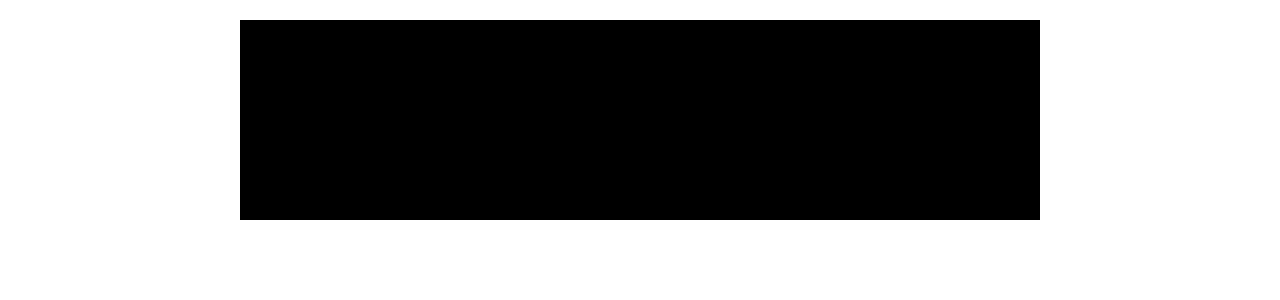
Repository: MiroslavWise/test-gallery
Page: /
The author's editor kept a copy of each file at every save. The page is drawn from the files as they stood at one save, then again after the next save.
The browser window is 1280 px wide. The pictures show the whole page.
The page's requests for data from a server got no answer. The project was rebuilt for these pictures with package versions that can differ from the ones it lists, and the page was loaded fresh each time. No one was signed in, and anything a server would have sent is missing.

Above is the page before, as saved 2022-06-22 17:08:20.

### src/index.scss
$mediaDesctop: 1368px;
$mediaMobile: 1024px;

body {
  margin: 0;
  font-family: -apple-system, BlinkMacSystemFont, 'Segoe UI', 'Roboto', 'Oxygen',
    'Ubuntu', 'Cantarell', 'Fira Sans', 'Droid Sans', 'Helvetica Neue',
    sans-serif;
  -webkit-font-smoothing: antialiased;
  -moz-osx-font-smoothing: grayscale;
  display: flex;
  justify-content: center;
  padding-top: 20px;
}

code {
  font-family: source-code-pro, Menlo, Monaco, Consolas, 'Courier New',
    monospace;
}

.container_gallery{
  display: flex;
  flex-direction: column;
  width: 800px;
  background-color: black;
  height: 200px;
}

.filter_author{
  display: flex;
  flex-direction: row;
}
.container_photos{
  display: grid;
  grid-auto-flow: row;
  grid-template: 1fr / repeat(3,200px);
}

.grid__item{

  background-color: #5e5373;
  border: 1px dashed #ece89d;
  padding: 10px;
  color: #fff;
  font-size: 20px;
  font-weight: 700;
  }


@media (max-width: $mediaMobile){
  .container_gallery{
    background-color: red;
  }
}

### src/App.js
import { useEffect, useState } from 'react';
import axios from 'axios'
import {PhotoGallery} from './Gallery/PhotoGallery'

function App() {
  const [albums, setAlbums] = useState([])
  const [page, setPage] = useState(0)
  console.log(albums)
  useEffect(()=>{
    axios.get(`https://api.unsplash.com/photos?page=${page}&per_page=9`,
      {
        headers:{
          Authorization: 'Client-ID nzS8A2gg-qkb_Rkk3GWVF3hqC_1-DYO7CnaOCsShYSU'
        }

      }
    )
      .then(data => {
        setAlbums([...albums ,...data?.data])
      })
      .catch(e=>{console.warn(e)})
  }, [page])

  const getPage = () => {
    setPage(page + 1)
  }
  return (
   <>
    <PhotoGallery albums={albums} getPage={getPage}/>
   </>
  );
}

export default App;

### src/Gallery/PhotoGallery.jsx
import React from 'react'

const PhotoGallery = ({albums, getPage}) => {

        return(
                <div className='container_gallery'>
                        <nav className='filter_author'>

                        </nav>
                </div>
        )
}

export {PhotoGallery}

Loaded but not shown: public/index.html (common file); src/index.js (common file)

After the next save:
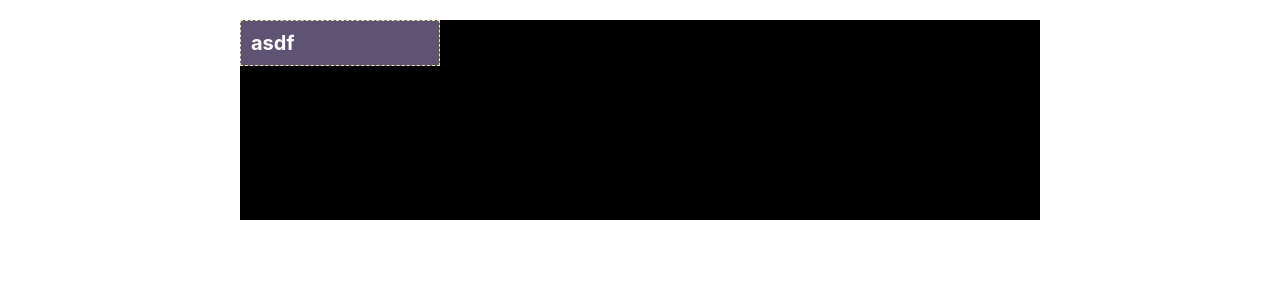
Saved 26 s later.
--- a/src/Gallery/PhotoGallery.jsx
+++ b/src/Gallery/PhotoGallery.jsx
@@ -5,8 +5,10 @@
         return(
                 <div className='container_gallery'>
                         <nav className='filter_author'>
-
                         </nav>
+                        <div className='container_photos'>
+                                <div className='grid__item'>asdf</div>
+                        </div>
                 </div>
         )
 }
